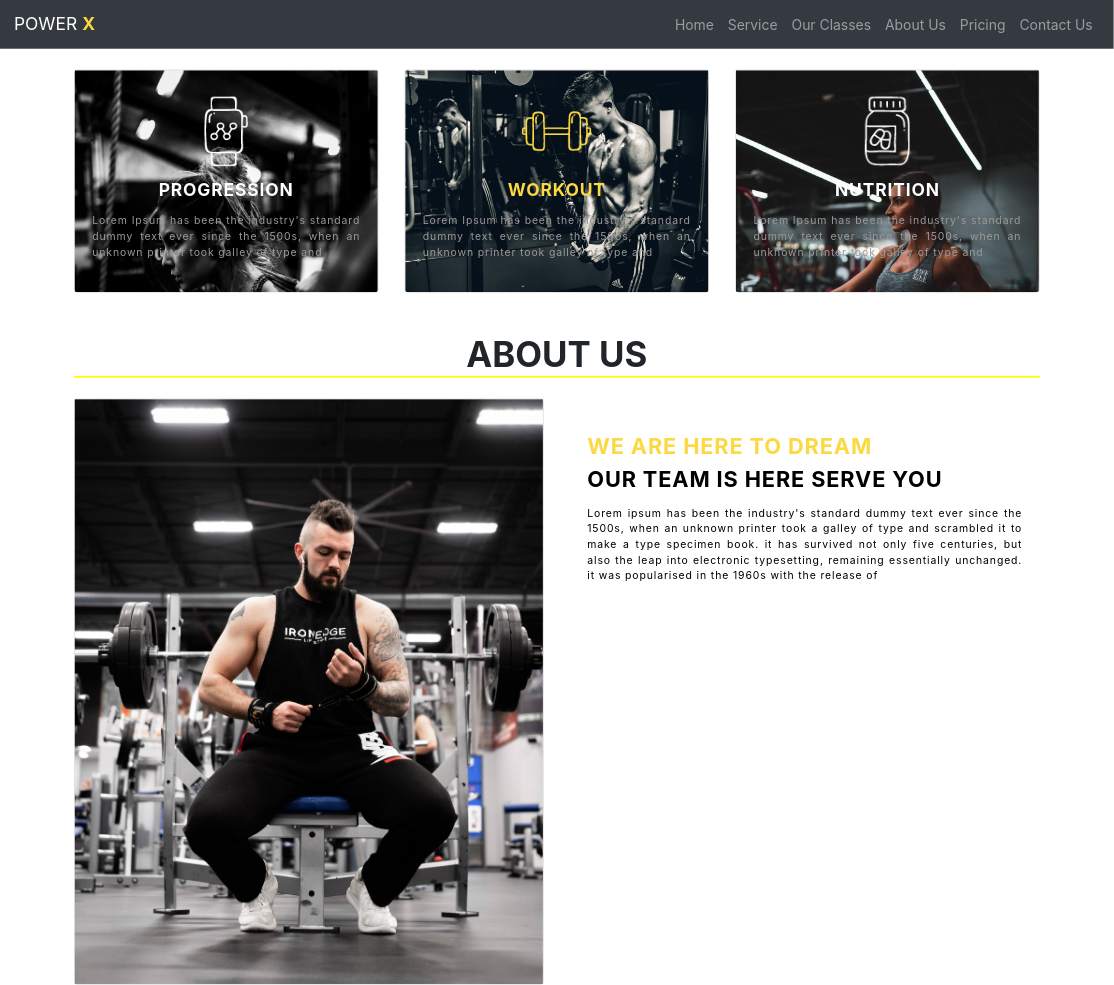
Repository: arif286/power-x-gym
Page: /
An editor plug-in stored every save of this project. The page is shown before and after the next save, followed by the edit.
The browser window is 1280 px wide. The pictures show the whole page, at 87% of full size.
The project was rebuilt for these pictures with package versions that can differ from the ones it lists, and the page was loaded fresh each time.

Above is the page before, as saved 2021-04-06 21:17:54.

After the next save:
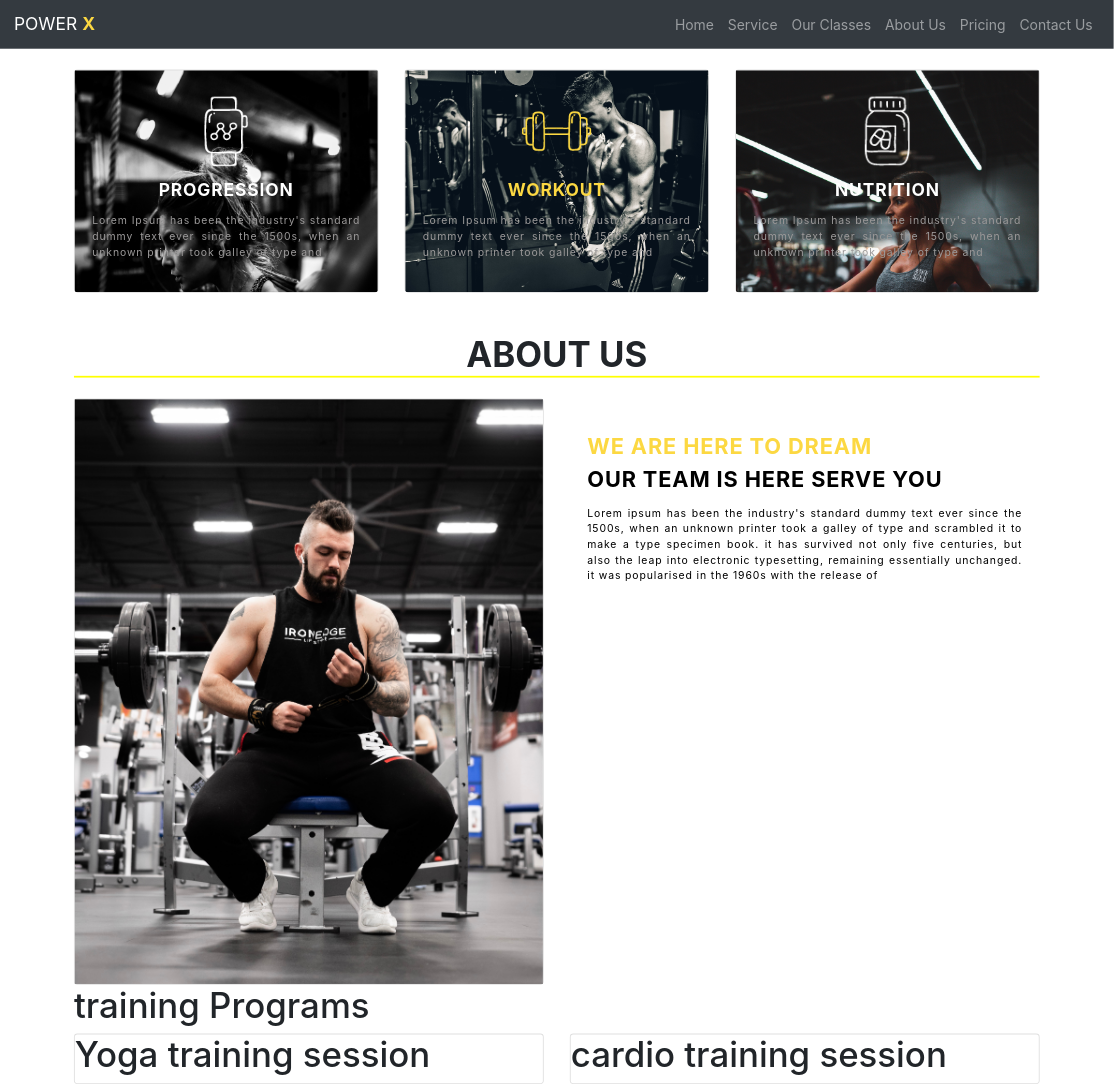
Saved 30 s later.
--- a/src/components/Home/Home.js
+++ b/src/components/Home/Home.js
@@ -1,12 +1,14 @@
 import React from "react";
 import About from "../About/About";
+import Programs from "../Programs/Programs";
 import WorkOut from "../WorkOut/WorkOut";
 
 const Home = () => {
   return (
     <>
       <WorkOut />
-      <About/>
+      <About />
+      <Programs/>
     </>
   );
 };
